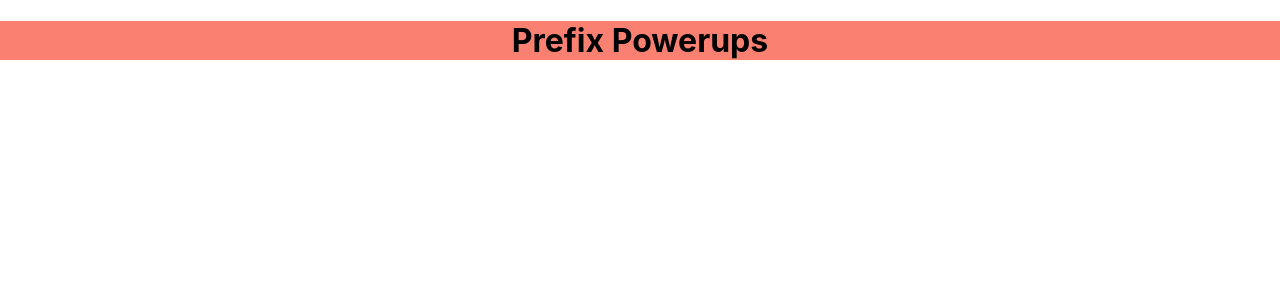
Repository: bsalgado98/buns-inator
Page: /
An editor plug-in stored every save of this project. The page is shown before and after the next save, followed by the edit.
The browser window is 1280 px wide. The pictures show the whole page.
The project was rebuilt for these pictures with package versions that can differ from the ones it lists, and the page was loaded fresh each time. Also part of the build but not shown: src/components/WordCard/WordCard.js.

Above is the page before, as saved 2022-04-25 21:39:14.

After the next save:
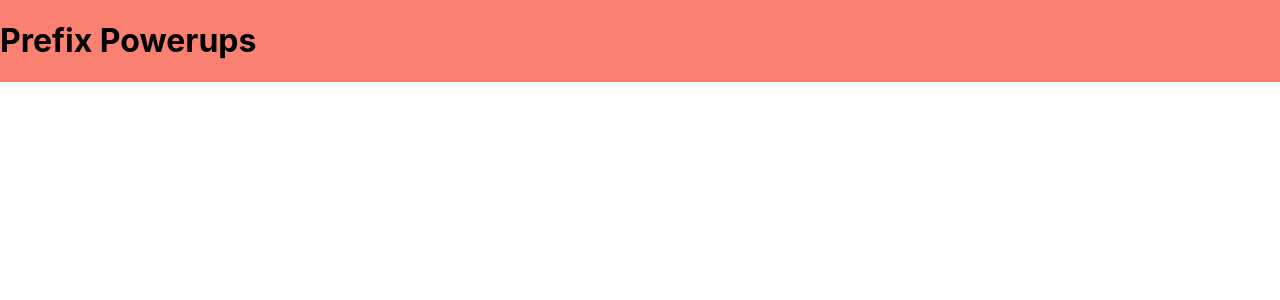
Saved 4 min 1 s later.
--- a/src/components/WordBank/WordBank.js
+++ b/src/components/WordBank/WordBank.js
@@ -1,10 +1,24 @@
 const WordBank = ({ bankTitle = "N/A", color = "gray", wordCollection = [] }) => {
-    const containerStyle = {
-        backgroundColor: color
+    const styles = {
+        containerStyle: {
+            backgroundColor: color
+        },
+        title: {
+            style: {
+
+            },
+            container: {
+                style: {
+                    display: 'flex'
+                }
+            }
+        }
     }
     return (
-        <div style={containerStyle}>
-            <h1>{bankTitle}</h1>
+        <div style={styles.containerStyle}>
+            <div style={styles.title.container.style}>
+                <h1>{bankTitle}</h1>
+            </div>
         </div>
     )
 }
